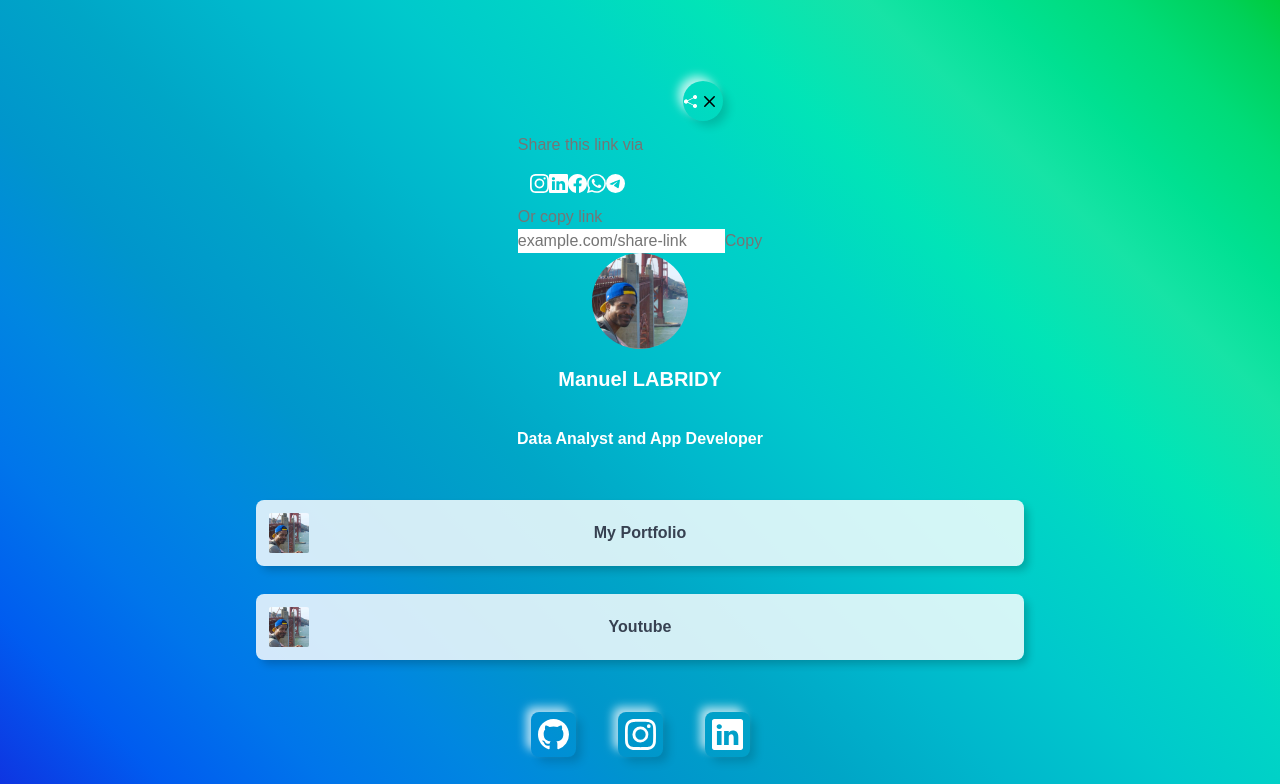
Repository: MateLaDBrouille97/linktree
Page: /
An editor plug-in stored every save of this project. The page is shown before and after the next save, followed by the edit.
The browser window is 1280 px wide. The pictures show the whole page.
The project was rebuilt for these pictures with package versions that can differ from the ones it lists, and the page was loaded fresh each time. The framework's server and built-in components were replaced by stand-ins that run in the browser. Also part of the build but not shown: next.config.js, styles/Home.module.css, styles/scrollup.css.

Above is the page before, as saved 2023-01-23 19:17:57.

### app/layout.tsx
"use client";

import '@/styles/globals.css'
import '../styles/Home.module.css';
import '../styles/scrollup.css';
import '../styles/home.css';
import '../styles/socials.css';
import '../styles/share.css';
import ScrollDow from '../components/ScrollDow';
import ScrollUp from '../components/scrollup/ScrollUp'

export default function RootLayout({
    children,
  }: {
    children: React.ReactNode;
  }) {
    return (
      <html lang="en">
        <body>{children}</body>
        {/* <ScrollDow/> */}
        {/* <ScrollUp/> */}
      </html>
    );
  }

### app/page.tsx
"use client";

import Image from "next/image";
import data from "data.json";
import image from "../public/ManuelTL2.jpg";
import image1 from "../public/ManuelTL2.jpg";
import { useEffect, useState } from "react";
import Socials from "../components/Socials";
import Share from "@/components/Share";

function LinkCard({
  href,
  title,
  image,
}: {
  href: string;
  title: string;
  image?: string;
}) {
  return (
    <a
      href={href}
      className="flex items-center p-3 w-full rounded-lg hover:scale-105 transition-all bg-gray-100 mb-3 -mt-2 max-w-3xl home__linkcard-box"
    >
      <div className="flex text-center w-full home__linkcard-card">
        <div className="w-10 h-10 home__linkcard-img">
          {image1 && (
            <Image
              className="rounded-sm"
              alt={data.name}
              src={image1}
              width={40}
              height={40}
            />
          )}
        </div>
        <h2 className="flex justify-center items-center font-semibold w-full text-gray-700 -ml-10 home__linkcard-title">
          {title}
        </h2>
      </div>
    </a>
  );
}

export default function Home() {
  /*==================== Toggle Menu ====================== */
  const [toggle, showMenu] = useState(false);
  const [activeNav, setActiveNav] = useState("#home");

  /* +++++++++++++++++++++++++++++++++++++++++++++++++ */
  // const { dbUser, image } = useUserContext();

  // const breakpoints = (width) => {
  //   if (width < 640) {
  //     return "xs";
  //   } else if (width >= 640 && width < 768) {
  //     return "sm";
  //   } else if (width >= 768 && width < 1024) {
  //     return "md";
  //   } else if (width >= 1024) {
  //     return "lg";
  //   }
  // };

  // const [breakpoint, setBreakpoint] = useState(() =>
  //   breakpoints(typeof window !== "undefined" && window.innerWidth)
  // );

  useEffect(() => {
    if (toggle) {
      // const calcInnerWidth = function () {
      //   setBreakpoint(breakpoints(window.innerWidth));
      // };
      // window.addEventListener("resize", calcInnerWidth);
      window.addEventListener("scroll", function () {
        const header = this.document.querySelector(".header");
        //scroll higher than 200 viewport height
        //add scroll header class to a tag with the scroll-top
        if (this.scrollY >= 80) header?.classList.add("scroll-header");
        else header?.classList.remove("scroll-header");
      });
    }
  }, []);

  useEffect(() => {
    showMenu(true);
  }, []);

  return (
    <div className="flex items-center flex-col mx-auto w-full justify-center mt-16 px-8 ">
      <Share/>
      <a
        href="#home"
        onClick={() => setActiveNav("#home")}
        // className={
        //   activeNav === "#home" ? "nav__logo active-link" : "nav__logo"
        // }
      >
        <Image
          className="rounded-full"
          alt={data.name}
          src={image}
          width={96}
          height={96}
        />
      </a>

      <h1 className="font-semibold mt-4 mb-8 text-xl" style={{color:"white"}}>{data.name}</h1>
      <h3 className="home__description" style={{color:"white"}}>{data.small_description}</h3>

      <div className="grid place-items-center w-full mt-2">
        {data.links.map((link) => (
          <LinkCard key={link.href} {...link} />
        ))}
      </div>

      <div className="gap-3 items-center flex mt-10">
        {data?.socials?.map((social) => {
         return(

          <Socials title={social?.title} key={social?.href} />
          )
        })}
      </div>
    </div>
  );
}

### styles/globals.css
@tailwind base;
@tailwind components;
@tailwind utilities;

body{
  height:100vh;
  background-image: linear-gradient(
  45deg,
  hsl(229deg 88% 47%) 0%,
  hsl(217deg 100% 47%) 8%,
  hsl(210deg 100% 46%) 16%,
  hsl(204deg 100% 44%) 24%,
  hsl(196deg 100% 40%) 32%,
  hsl(190deg 100% 39%) 41%,
  hsl(186deg 100% 40%) 49%,
  hsl(181deg 100% 40%) 57%,
  hsl(175deg 100% 42%) 65%,
  hsl(168deg 99% 45%) 72%,
  hsl(162deg 82% 49%) 80%,
  hsl(159deg 100% 44%) 86%,
  hsl(153deg 100% 43%) 92%,
  hsl(146deg 100% 41%) 97%,
  hsl(138deg 100% 40%) 100%
);
}

@import  url('https://api.iconify.design/material-symbols/arrow-upward.svg');

/*=============== GOOGLE FONTS ===============*/
@import url("https://fonts.googleapis.com/css2?family=Poppins:wght@400;500;600&display=swap");

/*=================== NEXT.JS ================*/

html,
body {
  padding: 0;
  margin: 0;
  font-family: -apple-system, BlinkMacSystemFont, Segoe UI, Roboto, Oxygen,
    Ubuntu, Cantarell, Fira Sans, Droid Sans, Helvetica Neue, sans-serif;
}

h1 {
  font-size: 1.75rem;
}




/*=============== VARIABLES CSS ===============*/
:root {
  --header-height: 3rem;

  /*========== Colors ==========*/
  /*Color mode HSL(hue, saturation, lightness)*/
  --hue: 0;
  --sat: 0%;
  --title-color: hsl(var(--hue), var(--sat), 20%);
  --title-color-dark: hsl(var(--hue), var(--sat), 0%);
  --text-color: hsl(var(--hue), var(--sat), 46%);
  --body-color: hsl(var(--hue), var(--sat), 98%);
  --container-color: #fff;

  /*========== Font and typography ==========*/
  --body-font: "Poppins", sans-serif;

  /*.5rem = 8px | 1rem = 16px ...*/
  --big-font-size: 3.5rem;
  --h1-font-size: 2.75rem;
  --h2-font-size: 1.5rem;
  --h3-font-size: 1.25rem;
  --normal-font-size: 1rem;
  --small-font-size: 0.875rem;
  --smaller-font-size: 0.813rem;
  --tiny-font-size: 0.625rem;

  /*========== Font weight ==========*/
  --font-normal: 400;
  --font-medium: 500;
  --font-semi-bold: 600;

  /*========== Margenes Bottom ==========*/
  /*.5rem = 8px | 1rem = 16px ...*/
  --mb-0-25: 0.25rem;
  --mb-0-5: 0.5rem;
  --mb-0-75: 0.75rem;
  --mb-1: 1rem;
  --mb-1-5: 1.5rem;
  --mb-2: 2rem;
  --mb-2-5: 2.5rem;
  --mb-3: 3rem;

  /*========== z index ==========*/
  --z-tooltip: 10;
  --z-fixed: 100;
  --z-modal: 1000;
}

/* Responsive typography */
@media screen and (max-width: 992px) {
  :root {
    --big-font-size: 2.75rem;
    --h1-font-size: 1.5rem;
    --h2-font-size: 1.25rem;
    --h3-font-size: 1rem;
    --normal-font-size: 0.938rem;
    --small-font-size: 0.813rem;
    --smaller-font-size: 0.75rem;
  }
}

/*=============== BASE ===============*/
* {
  margin: 0;
  padding: 0;
  box-sizing: border-box;
}

html {
  scroll-behavior: smooth;
}

body,
button,
input,
textarea {
  font-family: var(--body-font);
  font-size: var(--normal-font-size);
}

body {
  background-color: var(--body-color);
  color: var(--text-color);
}

h1,
h2,
h3 {
  color: var(--title-color);
  font-weight: var(--font-semi-bold);
}

ul {
  list-style: none;
}

a {
  text-decoration: none;
}

button {
  cursor: pointer;
  border: none;
  outline: none;
}

img {
  max-width: 100%;
  height: auto;
}

/*=============== REUSABLE CSS CLASSES ===============*/
.section {
  padding: 6rem 0 2rem;
}

.section__title {
  font-size: var(--h1-font-size);
  color: var(--title-color);
}

.section__subtitle {
  display: block;
  font-size: var(--normal-font-size);
  margin-bottom: 4rem;
}

.section__title,
.section__subtitle {
  text-align: center;
}

/*=============== LAYOUT ===============*/
.container {
  max-width: 968px;
  margin-left: auto;
  margin-right: auto;
}

.grid {
  display: grid;
  gap: 1.5rem;
}

/*=============== BUTTONS ===============*/
.button {
  display: inline-block;
  background-color:rgb(100, 189, 140);
  color: var(--container-color);
  padding: 1.25rem 2rem;
  border-radius: 1rem;
  font-weight: var(--font-medium);
}

.button:hover {
  background-color: rgb(81, 209, 138);
  color: var(--container-color);
}

.button__icon {
  margin-left: var(--mb-0-5);
}

.button--flex {
  display: inline-flex;
  align-items: center;

}




/*=============== BREAKPOINTS ===============*/
/* For large devices */
@media screen and (max-width: 992px) {
  .container {
    margin-left: var(--mb-1-5);
    margin-right: var(--mb-1-5);
  }

  .button {
    padding: 1rem 1.75rem;
  }

  .button__icon {
    width: 22px;
    height: 22px;
  }
}

/* For medium devices */
@media screen and (max-width: 768px) {
  body {
    margin: 0 0 var(--header-height) 0;
  }

  .section {
    padding: 2rem 0 4rem;
  }

  .section__subtitle {
    margin-bottom: var(--mb-3);
  }
}

@media screen and (max-width: 576px) {

}

/* For small devices */
@media screen and (max-width: 350px) {
  :root {
    --big-font-size: 2.25rem;
  }

  .container {
    margin-left: var(--mb-1);
    margin-right: var(--mb-1);
  }
}

### styles/home.css
.home__container{
    row-gap: 7rem;
}

.home__content{
    grid-template-columns: 116px repeat(2, 1fr);
    padding-top: 5.5rem;
    column-gap: 2rem;
    align-items: center;
}

.home__social{
    display:grid;
    grid-template-columns: max-content;
    row-gap: 1rem;
}

.home__social-icon{
    font-size:1.25rem;
    color: var(--title-color);
}

.home__social-icon:hover{
    color:rgb(165, 30, 75);
}



.home__social-icon:hover{
    color: var(--title-color-dark);
}

.home__title{
    font-size:var(--h1-font-size);
    margin-bottom:var(--mb-0-25);
}

.home__hand{
    width: 38px;
    height: 38px;
    margin-left: 0.4rem;
}

.home__subtitle{
    position: relative;
    font-size:var(--h3-font-size);
    padding-left: 5.4rem;
    font-weight: var(--font-normal);
    margin-bottom: var(--mb-1);
}

.home__subtitle::before{
    content:'';
    position:absolute;
    width: 70px;
    height:1px;
    background-color:var(--text-color);
    left:0;
    top:1rem;
}

.home__description{
    max-width:400px;
    margin-bottom: var(--mb-3);
    line-height: 1.7;
}

.home__linkcard-box{
    background-color: rgba(255, 255, 255, 0.829);
    border-color: whitesmoke;
    border-width: 3px;
    transition: transform 0.5s;
    box-shadow: 5px 5px 9px -1px rgba(0,0,0,0.2);

    border: 1px solid rgba(0,0,0,0);
    transition: transform 0.5s;
}

.home__linkcard-box:hover{
    box-shadow: 10px 10px 0px -1px rgba(0,0,0,0.15),
                1px 1px 0.5px  rgba(0,0,0,0.15),
                0px -12px 10px -10px  rgba(0,0,0,0.05);
     border: 1px solid   rgba(0,0,0,0.1);
    /* transform:translateY(-2px)  ;    */
}

.home__linkcard-box::after{
    transition: transform 0.5s;
}

.home__linkcard-box:hover::after .home__linkcard-title {
    transition: transform 0.7s;
}

.home__linkcard-box:hover::after .home__linkcard-img {
    transition: transform 0.7s;
}

.home__linkcard-box:hover .home__linkcard-title{
    transform:scale(1.05);
    transition: transform 0.5s;
}

.home__linkcard-box:hover .home__linkcard-img{
    transform:scale(1.15);
    transition: transform 0.5s;
}




.home__img{
/* background: url(../../assets/Mur.jpg); */
background-repeat: no-repeat;
background-position: center;
background-size: cover;
box-shadow: inset 0 0 0 9px rgb(255 255 255/30%);
order: 1;
justify-self: center;
width:375px ;
height: 350px;
animation: profile__animate 8s ease-in-out infinite 1s;
}

@keyframes profile__animate {
    0%{
        border-radius: 60% 40% 30% 70%/60% 30% 70% 40%;
    }

    50%{
        border-radius: 30% 60% 70% 40%/50% 60% 30% 60%;
    }

    100%{
        border-radius: 60% 40% 30% 70%/60% 30% 70% 40%;
    }
}

.home__scroll{
    position:fixed;
    left: 2.5rem;
    bottom: 3rem;
    /* opacity:0.8; */
    padding:0.3rem 0.5rem;
    border-radius:0.4rem;
    z-index: var(--z-tooltip);
    transition: .4s;
}


.wheel {
    animation: scroll 2s ease infinite;
}

@keyframes scroll{
    0% {
        transform: translateY(0);
    }
    30% {
        transform: translateY(3.7rem);
    }

}


.home__scroll-name{
    color: rgba(255, 255, 255, 0.829);
    font-weight: var(--font-medium);
    margin-right: var(--mb-0-25);
    margin-left: 2px;
}

.home__scroll-arrow{
    font-size: 1.25rem;
    color: rgba(255, 255, 255, 0.829);
}


/*=============== BREAKPOINTS ===============*/
/* For large devices */
@media screen and (max-width: 992px) {
    .home__content{
        grid-template-columns: 100px repeat(2, 1fr);
        column-gap: 1.25rem;

    }

    .home__hand{
        width:26px;
        height:26px;
    }

    .home__subtitle{
        padding-left: 3.75rem;
        margin-bottom: var(--mb-1);

    }

    .home__subtitle::before {
        width:42px;
        top:0.8rem;
    }

    .home__description{
        max-width: initial;
        margin-bottom: var(--mb-2-5);
    }

    .home__img{
        width:250px;
        height:250px;
        box-shadow:inset 0 0 0 8px rgb(255 255 255/30%)
    }

    .home__scroll{
        margin-left: 7.5rem;
    }



  }

  /* For medium devices */
  @media screen and (max-width: 768px) {
    .home__content{
        grid-template-columns: 0.5fr 3fr;
        padding-top: 3.5rem;
    }

    .home__img{
        order:initial;/* ordre d'apparition de l'element*/
        justify-self: initial;
        box-shadow: inset 0 0 0 9px rgb(255 255 255/30%);
        width:200px;
        height: 200px;
    }

    .home__data{
        grid-column:1/3;
    }

    .home__scroll{
        display:none;
    }


  }



  /* For small devices */
  @media screen and (max-width: 350px) {


    .home__img{

        width:180px ;
        height: 180px;
    }

    .home__hand{
        width:22px;
        height:22px;
    }


  }

### styles/socials.css
/* .social__link{
    color: var(--container-color);
    font-size: 1.125rem;
    padding: 0.4rem;
    border-radius:1.5rem;
    display: inline-flex;
} */
/*
.social__link:hover{
    background-color:rgba(44, 203, 224, 0.986);
} */

.social__link{
    display:flex;
    /* background-color: var(--container-color); */
    color: var(--container-color);
    height: 45px;
    width: 45px;
    margin: 0 15px;
    border-radius: 8px;
    align-items: center;
    justify-content:center;
    text-decoration: none;
    box-shadow: 6px 6px 10px -1px rgba(0,0,0,0.15),
                -6px -6px 10px -1px rgba(255,255,255,0.7);
    border: 1px solid   rgba(0,0,0,0);
    transition: transform 0.5s;
}

a svg {
    font-size: 38px;
    color: white;
    transition: transform 0.5s;
}


.social__link:hover{
    background-color: rgba(255, 255, 255, 0.829);
    box-shadow: inset 4px 4px 6px -1px rgba(0,0,0,0.2),
                inset -4px -4px 6px -1px rgba(255,255,255,0.7),
                -0.5px -0.5px 0px  rgba(255,255,255,1),
                0.5px 0.5px 0px  rgba(0,0,0,0.15),
                0px -12px 10px -10px  rgba(0,0,0,0.05);
    border: 1px solid   rgba(0,0,0,0.1);
    transform:translateY(2px)  ;
}


a:hover svg{
    transform: scale(1.10);
    fill: black;
    transition: transform 0.5s;
}

a:hover .bi-linkedin{
    fill:rgb(18, 83, 203) ;
    transform:scale(1.10);
    transition: transform 0.5s;
}

a:hover .bi-instagram{
    fill:#e64771;
    transform:scale(1.10);
    transition: transform 0.5s;
}


/*=============== BREAKPOINTS ===============*/
/* For large devices */
@media screen and (max-width: 992px) {


    .social__link:hover{

        box-shadow: inset 4px 4px 6px -1px rgba(0,0,0,0.2),
                    inset -4px -4px 6px -1px rgba(255,255,255,0.7),
                    -0.5px -0.5px 0px  rgba(255,255,255,1),
                    0.5px 0.5px 0px  rgba(0,0,0,0.15),
                    0px -12px 10px -10px  rgba(0,0,0,0.05);
        border: 1px solid   rgba(0,0,0,0.1);
        transform:translateY(2px)  ;
    }




  }

  /* For medium devices */
  @media screen and (max-width: 768px) {




  }



  /* For small devices */
  @media screen and (max-width: 350px) {





  }

### styles/share.css
/*          Share   Items  */

.share-link{
    display:flex;
    /* background-color: var(--container-color); */
    color: var(--container-color);
    height: 45px;
    width: 45px;
    margin: 0 15px;
    border-radius: 22px;
    align-items: center;
    justify-content:center;
    text-decoration: none;
    box-shadow: 6px 6px 10px -1px rgba(0,0,0,0.15),
                -6px -6px 10px -1px rgba(255,255,255,0.7);
    border: 1px solid   rgba(0,0,0,0);
    transition: transform 0.5s;
}

.share-link:hover{
    background-color: rgba(255, 255, 255, 0.829);
    box-shadow: inset 4px 4px 6px -1px rgba(0,0,0,0.2),
                inset -4px -4px 6px -1px rgba(255,255,255,0.7),
                -0.5px -0.5px 0px  rgba(255,255,255,1),
                0.5px 0.5px 0px  rgba(0,0,0,0.15),
                0px -12px 10px -10px  rgba(0,0,0,0.05);
    border: 1px solid   rgba(0,0,0,0.1);
    transform:translateY(2px)  ;
}



/* .share-link .bi-share-fill{
    fill: white;
} */

.share-link:hover .bi-share-fill{
    fill: black;
    transform:scale(1.10);
    transition: transform 0.5s;

}

header{
    width:95%;
    max-width: 788px;
    display: flex;
    justify-content: flex-end;
    padding: 12px;
    margin-top: 5px;
}

.share-button{
    width: 40px;
    height: 40px;
    border-radius:20px;
    color: var(--container-color);

}

ul{
    width:91%;
    max-width: 788px;
    display: flex;
    /* justify-content: flex-end; */
    padding: 12px;
    margin-top: 5px;
}

### components/Socials.tsx
function GitHubIcon() {
  return (
    <a href="https://github.com/LuckyMate97" className="social__link">
      <svg xmlns="http://www.w3.org/2000/svg" width="31" height="31" fill="white" className="bi bi-github" viewBox="0 0 16 16"> <path d="M8 0C3.58 0 0 3.58 0 8c0 3.54 2.29 6.53 5.47 7.59.4.07.55-.17.55-.38 0-.19-.01-.82-.01-1.49-2.01.37-2.53-.49-2.69-.94-.09-.23-.48-.94-.82-1.13-.28-.15-.68-.52-.01-.53.63-.01 1.08.58 1.23.82.72 1.21 1.87.87 2.33.66.07-.52.28-.87.51-1.07-1.78-.2-3.64-.89-3.64-3.95 0-.87.31-1.59.82-2.15-.08-.2-.36-1.02.08-2.12 0 0 .67-.21 2.2.82.64-.18 1.32-.27 2-.27.68 0 1.36.09 2 .27 1.53-1.04 2.2-.82 2.2-.82.44 1.1.16 1.92.08 2.12.51.56.82 1.27.82 2.15 0 3.07-1.87 3.75-3.65 3.95.29.25.54.73.54 1.48 0 1.07-.01 1.93-.01 2.2 0 .21.15.46.55.38A8.012 8.012 0 0 0 16 8c0-4.42-3.58-8-8-8z"/> </svg>
    </a>
  );
}

function InstagramIcon() {
  return (
    <a href="https://www.instagram.com/oto.mata33/" className="social__link">
      <svg xmlns="http://www.w3.org/2000/svg" width="31" height="31" fill="white" className="bi bi-instagram" viewBox="0 0 16 16"> <path d="M8 0C5.829 0 5.556.01 4.703.048 3.85.088 3.269.222 2.76.42a3.917 3.917 0 0 0-1.417.923A3.927 3.927 0 0 0 .42 2.76C.222 3.268.087 3.85.048 4.7.01 5.555 0 5.827 0 8.001c0 2.172.01 2.444.048 3.297.04.852.174 1.433.372 1.942.205.526.478.972.923 1.417.444.445.89.719 1.416.923.51.198 1.09.333 1.942.372C5.555 15.99 5.827 16 8 16s2.444-.01 3.298-.048c.851-.04 1.434-.174 1.943-.372a3.916 3.916 0 0 0 1.416-.923c.445-.445.718-.891.923-1.417.197-.509.332-1.09.372-1.942C15.99 10.445 16 10.173 16 8s-.01-2.445-.048-3.299c-.04-.851-.175-1.433-.372-1.941a3.926 3.926 0 0 0-.923-1.417A3.911 3.911 0 0 0 13.24.42c-.51-.198-1.092-.333-1.943-.372C10.443.01 10.172 0 7.998 0h.003zm-.717 1.442h.718c2.136 0 2.389.007 3.232.046.78.035 1.204.166 1.486.275.373.145.64.319.92.599.28.28.453.546.598.92.11.281.24.705.275 1.485.039.843.047 1.096.047 3.231s-.008 2.389-.047 3.232c-.035.78-.166 1.203-.275 1.485a2.47 2.47 0 0 1-.599.919c-.28.28-.546.453-.92.598-.28.11-.704.24-1.485.276-.843.038-1.096.047-3.232.047s-2.39-.009-3.233-.047c-.78-.036-1.203-.166-1.485-.276a2.478 2.478 0 0 1-.92-.598 2.48 2.48 0 0 1-.6-.92c-.109-.281-.24-.705-.275-1.485-.038-.843-.046-1.096-.046-3.233 0-2.136.008-2.388.046-3.231.036-.78.166-1.204.276-1.486.145-.373.319-.64.599-.92.28-.28.546-.453.92-.598.282-.11.705-.24 1.485-.276.738-.034 1.024-.044 2.515-.045v.002zm4.988 1.328a.96.96 0 1 0 0 1.92.96.96 0 0 0 0-1.92zm-4.27 1.122a4.109 4.109 0 1 0 0 8.217 4.109 4.109 0 0 0 0-8.217zm0 1.441a2.667 2.667 0 1 1 0 5.334 2.667 2.667 0 0 1 0-5.334z"/> </svg>
    </a>
  );
}

function LinkedInIcon() {
  return (
    <a href="https://ca.linkedin.com/" className="social__link">
      <svg xmlns="http://www.w3.org/2000/svg" width="31" height="31" fill="white" className="bi bi-linkedin" viewBox="0 0 16 16"> <path d="M0 1.146C0 .513.526 0 1.175 0h13.65C15.474 0 16 .513 16 1.146v13.708c0 .633-.526 1.146-1.175 1.146H1.175C.526 16 0 15.487 0 14.854V1.146zm4.943 12.248V6.169H2.542v7.225h2.401zm-1.2-8.212c.837 0 1.358-.554 1.358-1.248-.015-.709-.52-1.248-1.342-1.248-.822 0-1.359.54-1.359 1.248 0 .694.521 1.248 1.327 1.248h.016zm4.908 8.212V9.359c0-.216.016-.432.08-.586.173-.431.568-.878 1.232-.878.869 0 1.216.662 1.216 1.634v3.865h2.401V9.25c0-2.22-1.184-3.252-2.764-3.252-1.274 0-1.845.7-2.165 1.193v.025h-.016a5.54 5.54 0 0 1 .016-.025V6.169h-2.4c.03.678 0 7.225 0 7.225h2.4z"/> </svg>
    </a>
  );
}

function Socials({ title }:{title?:string;}) {
  if (title == "Instagram") {
    return <InstagramIcon  />;
  }
  if (title == "Github") {
    return <GitHubIcon  />;
  }
  if (title == "LinkedIn") {
    return <LinkedInIcon  />;
  }
}

export default Socials;

Loaded but not shown: data.json (35 lines, source omitted); tailwind.config.js (13 lines, source omitted); components/Share.tsx (113 lines, source omitted)

After the next save:
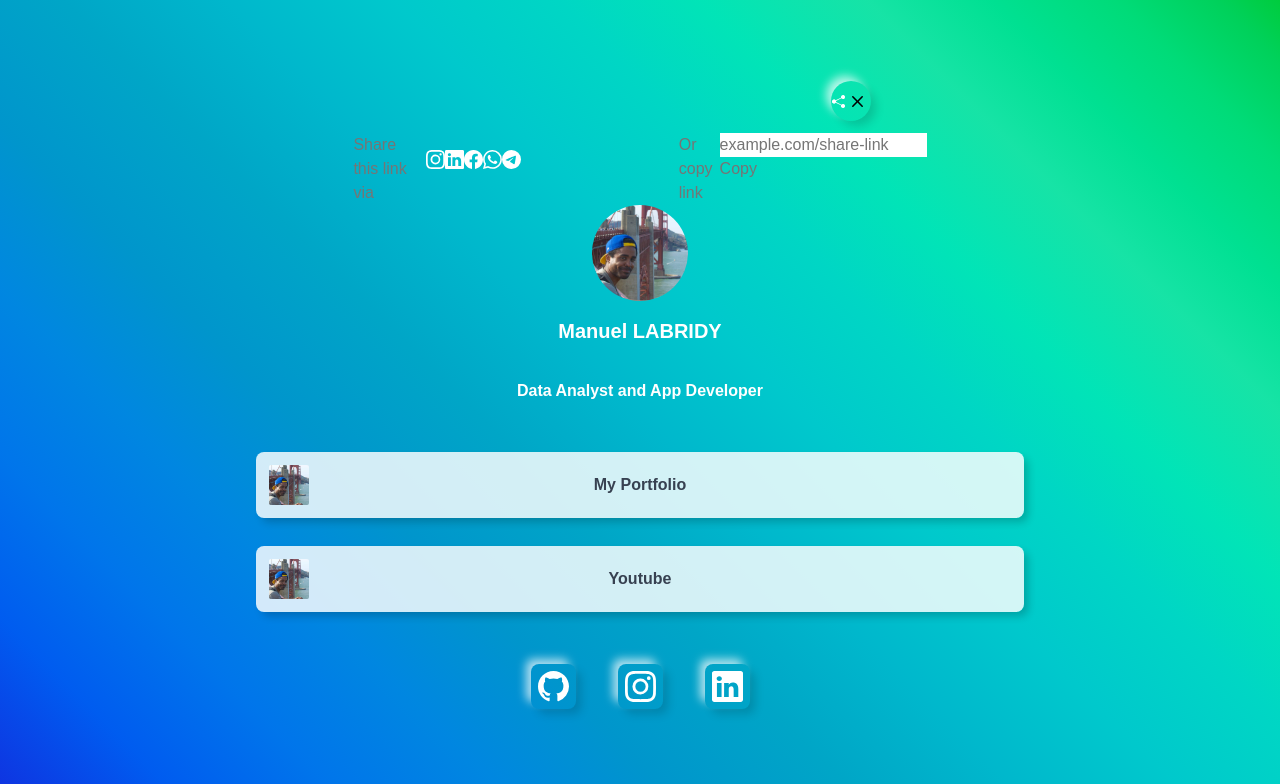
Saved 5 min 18 s later.
--- a/styles/share.css
+++ b/styles/share.css
@@ -66,3 +66,8 @@ ul{
     padding: 12px;
     margin-top: 5px;
 }
+
+.content{
+    display: flex;
+    justify-content: flex-end;
+}

After the save that followed:
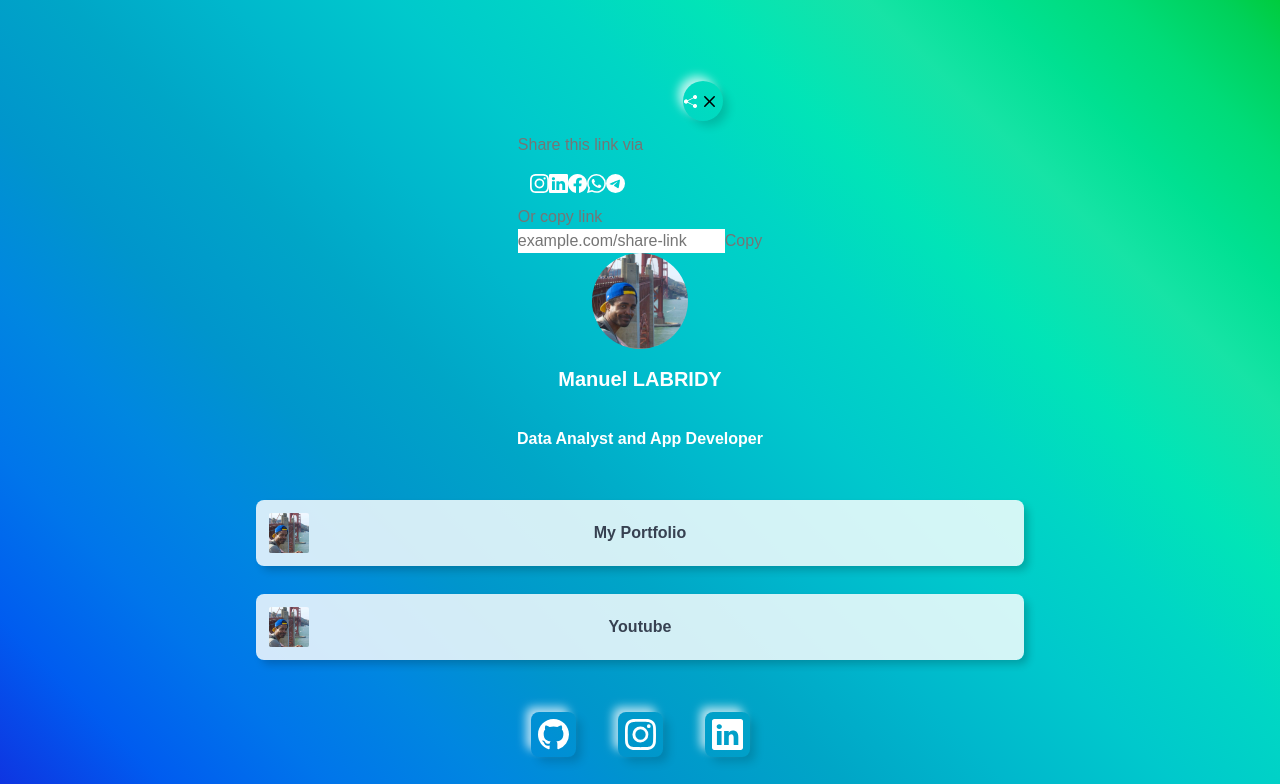
Saved 62 s later.
--- a/styles/share.css
+++ b/styles/share.css
@@ -68,6 +68,6 @@ ul{
 }
 
 .content{
-    display: flex;
+
     justify-content: flex-end;
 }
